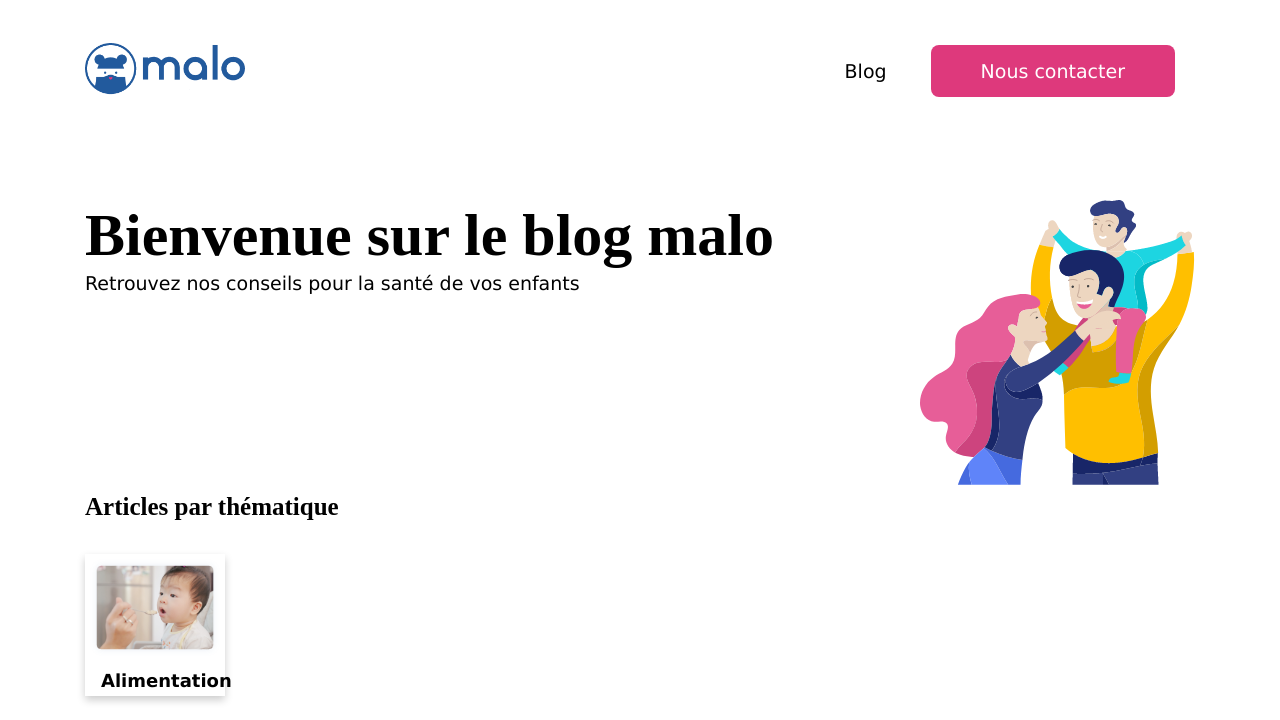
Repository: carbone-dev/keli-malo
Page: blog.html
These files come from the project's save history. The page is drawn as it stood at one moment and after the next save; the edit follows.
The browser window is 1280 px wide. The pictures show the whole page.

Above is the page before, as saved 2020-12-09 14:06:54.

### blog.html
<!DOCTYPE html>
<html lang="en">

<head>
    <meta charset="UTF-8">
    <meta name="viewport" content="width=device-width, initial-scale=1.0">
    <title>Document</title>
    <link rel="stylesheet" type="text/css" href="css/style.css">
    <link rel="stylesheet" type="text/css" href="css/header.css">
    <link rel="stylesheet" type="text/css" href="css/grid.css">
    <link rel="stylesheet" type="text/css" href="css/blog.css">
</head>

<body>
    <div class="container">

        <div class="header row align-items-center">
            <div class="col-6 col-md-2 ">
                <img class='img-full-width ' src="img/logo.png">
            </div>
            <div class="menu col-6 col-md-10 right d-none d-md-block ">
                <a href="#">Blog</a>
                <a href="#" class="boutton-1">Nous contacter</a>
            </div>
            <div class="menu col-6 col-md-10 right d-md-none d-sm-block">
                <a href="#nav-mobile">
                    <img src="img/burger.png" alt="">
                </a>
            </div>

            <div id="nav-mobile" class="modaloverlay">
                <div class="modal">
                    <div class="row">
                        <div class="col-6">
                            <img class='img-full-width ' src="img/logo.png">
                        </div>
                        <div class="menu col-6 right">
                            <a href="#close" class="close">
                                <img src="img/close.png" alt="">
                            </a>
                        </div>
                    </div>
                    <div class="row align-items-center center modal-content">
                        <div class="col-12">
                            <a href="#">Blog</a>
                        </div>
                        <div class="col-12">
                            <a href="#" class="boutton-1">Nous contacter</a>
                        </div>
                        <div class="col-12">
                            <a href="#"><img src="img/instagram.png"></a>
                            <a href="#"><img src="img/linkedin.png"></a>
                            <a href="#"><img src="img/facebook.png"></a>
                        </div>
                    </div>
                </div>
            </div>
        </div>

        <div class="top-section row">
            <div class="col-12 col-md-8 t-responsive">
                <h1>
                    Bienvenue sur le blog malo
                </h1>
                <p>Retrouvez nos conseils pour la santé de vos enfants</p>
            </div>
            <div class="col-12 col-md-4 right t-responsive">
                <img src="img/blog-header-image.png" alt="blog-header-image">
            </div>
        </div>

        <div class="section ">
            <h3>Articles par thématique</h3>
            <div class="row">
                <div class="col-md-4">
                    <div class="card">
                        <img src="img/blog-theme-1.png" alt="Avatar" style="width:100%">
                        <div class="card-content">
                            <p class="card-title">Alimentation</p>
                        </div>
                    </div>
                </div>
            </div>
        </div>



    </div>

</body>

</html>

### css/style.css
body {
  margin: 0;
}

.img-full-width {
  width: 100%;
}

.top-section{
  margin-top: 100px;
}

#container {
  margin: 2% 7%;
}

.t-responsive{
  text-align: left;
}

@media only screen and (min-width: 1367px) and (max-width: 1600px) {
  #container {
    margin: 2% 8%;
  }
}
@media only screen and (min-width: 1601px) and (max-width: 1920px) {
  #container {
    margin: 2% 20%;
  }
}
@media only screen and (min-width: 1921px) and (max-width: 9000px) {
  #container {
    margin: 2% 30%;
  }
}

/*-------UNI------*/

.box-shadow {
  padding: 20px 20px 15px 20px;
  background-color: white;
  box-shadow: 0px 0px 30px rgb(26, 90, 157, 0.1);
  margin: 20px 0;
  border-radius: 15px;
}
h1,
h2,
h3,
h5,
h6 {
  font-family: montserrat;
  font-weight: bold;
  margin: 0;
}
h1 {
  font-size: 60px;
  line-height: 70px;
}
h2 {
  font-size: 50px;
  line-height: 50px;
}
h3 {
  font-size: 25px;
  line-height: 35px;
  margin-bottom: 30px;
}
h5 {
  color: #1a5a9d;
  line-height: 20px;
  font-size: 20px;
}
h6 {
  line-height: 20px;
  font-size: 16px;
}

a,
p {
  margin: 0;
  text-decoration: none;
  font-family: verdana;
  font-size: 19px;
  color: black;
  font-weight: normal;
  line-height: 27px;
}
span {
  font-size: 13px;
}
li {
  font-family: verdana;
  font-size: 14px;
  color: black;
  line-height: 23px;
}
ul {
  padding-left: 15px;
}

.boutton-1 {
  color: white;
  background-color: #de397c;
  padding: 15px 50px;
  border-radius: 8px;
}
.boutton-contact {
  color: white;
  background-color: #de397c;
  padding: 15px 100px;
  border-color: #de397c;
  border-radius: 8px;
  outline: none;
  margin: 10px;
  font-size: 20px;
  border-style: none;
}

.img-boutton {
  margin-top: 5%;
}
.img-boutton a {
  margin-right: 20px;
}
.quote {
  width: 20px;
  height: 20px;
}
.formulaire {
  border: 2px solid;
  border-radius: 8px;
  outline: none;
  margin: 10px;
  font-size: 20px;
  padding: 15px;
}

/*-------header------*/
.menu a {
  margin: 0 20px;
}
/*-------le heros------*/
.le-heros {
  margin-top: 5%;
  background-image: url(../img/bg-le-heros.png);
  background-size: 100%;
  background-repeat: no-repeat;
  padding-bottom: 7%;
}
.img-le-heros {
  display: none;
}

/*-------malo-c-est-quoi------*/

.malo-c-est-quoi {
  margin-top: 10%;
}
.contenu-malo-c-est-quoi {
  margin: 10% 3%;
}
/*-------malo-VIDEO------*/

.expert
{
	margin-top: 15%;
}
.expert h1
{
	margin-bottom: 5%
}
#play-vid-2
	{
		position: absolute;
		right:70%;
		z-index: 0;
	}
.expert-video
{
	background-image: url(../img/bg-video-2.png);
	background-size: contain;
	background-repeat: no-repeat;
	text-align: left;
	padding: 20px 0;
}
.expert-video video
{
	width: 530px;
    border-radius:20px;
    outline-style: none;
    margin-left: 30px;
}



/*------CAROUSEL------*/
.les-parents
{
	margin-top: 10%;
}
.carousel
{
	background-image: url(../img/bg-carousel.png);
	background-size:100% 100%;
	background-repeat: no-repeat;
	padding:10px;
}
.slide
{
	padding-bottom: 50px;
	margin:2%;

}
.img-profil
{
	margin-right: 20px;
	margin-bottom: 30px;

}
.fade {
  -webkit-animation-name: fade;
  -webkit-animation-duration: 1.5s;
  animation-name: fade;
  animation-duration: 1.5s;
}

@-webkit-keyframes fade {
  from {
    opacity: 0.4;
  }
  to {
    opacity: 1;
  }
}

@keyframes fade {
  from {
    opacity: 0.4;
  }
  to {
    opacity: 1;
  }
}
/* Next & previous buttons */

.fleche
{
	text-align: right;
	position: relative;
	top: -50px;
}
.prev {
  color: gray;
}
.prev,
.next {
  cursor: pointer;
  width: auto;
  padding: 20px;
  font-weight: bold;
  font-size: 40px;
  transition: 0.6s ease;
  border-radius: 0 3px 3px 0;
  user-select: none;
}

/*-------BLOG-MALO------*/
.decouvrir-le-blog {
  justify-content: center;
  margin-top: 10%;
}
.bg-decouvrir {
  background-image: url(../img/bg-decouvrir.png);
  background-size: 100%;
  background-repeat: no-repeat;
  padding-bottom: 5%;
}

.decouvrir-left {
  width: 70%;
}
.decouvrir-left-1 {
  width: 50%;
  margin: 10px;
}
.decouvrir-left-2 {
  width: 50%;
  margin: 10px;
}
.decouvrir-right {
  width: 30%;
  text-align: right;
  margin-top: 50px;
}
.sommeil {
  width: 30%;
}
.alimentation {
  width: 60%;
}

/*-------POPUP------*/
.popup {
  margin-top: 10%;
}
.popup img {
}
.contenu-popup {
  background-color: #1a5a9d;
  border-radius: 20px;
  align-items: center;
  padding: 60px;
}
.titre-popup {
  width: 50%;
  color: white;
  margin: 0;
}

.formulaire-popup {
  width: 50%;
  color: white;
}
.mail-popup {
  border-color: white;
  background-color: rgb(0, 0, 0, 0);
  color: white;
  font-family: montserrat;
  font-weight: bold;
}
.mail-popup::placeholder {
  color: white;
}
.boutton-popup {
  border-color: white;
  background-color: white;
  padding: 15px 30px;
  font-family: montserrat;
  font-weight: bold;
  color: #de397c;
  cursor: pointer;
}

/*-------CONTACT------*/
.contactez-nous {
  margin-top: 10%;
}
.contenu-contact {
  width: 50%;
}
.contenu-contact p {
  line-height: 50px;
  margin: 20px;
}
.contenu-contact h3 {
  margin-bottom: 10px;
}
.contenu-contact a {
  margin-right: 20px;
}
.formulaire-contact {
  width: 50%;
  background-image: url(../img/bg-formulaire-contact.png);
  background-repeat: no-repeat;
  background-size: 100%;
}
.bg-contact {
  padding: 10px;
  background-color: white;
  margin: 30px;

  box-shadow: 0px 0px 30px rgb(26, 90, 157, 0.1);
  border-radius: 15px;
}
.form-2 {
  width: 200px;
  border-color: #d8d8d8;
  color: black;
}
.form-1 {
  width: 460px;
}
.contact-text {
  border-color: #d8d8d8;
  font-family: montserrat;
}
.contact-text::placeholder {
  color: black;
  border-color: #d8d8d8;
  font-family: arial;
}

/*-------il nous soutien------*/

.il-nous-soutiennent {
  margin-top: 10%;
}

.il-nous-soutiennent h1 {
  margin-left: 20%;
}

/*-------footer------*/
.footer {
  margin-top: 10%;
  background-color: #1a5a9d;
}
.logo-popup {
  padding: 40px;
  margin: 0;
}
.logo-boutton {
  width: 50%;
}
.popup-icon {
  width: 45%;
}
.news-letter h3 {
  margin-bottom: 0;
  font-weight: normal;
  color: black;
}
.suivez-footer h3 {
  margin-bottom: 10px;
  font-weight: normal;
  color: white;
}
.suivez-footer a {
  margin-right: 20px;
}
.mail-footer {
  color: #d8d8d8;
  border-color: #d8d8d8;
}
.mail-footer::placeholder {
  color: #d8d8d8;
  border-color: #d8d8d8;
}
.boutton-footer {
  color: white;
  background-color: #de397c;
  border-color: #de397c;
  padding: 15px 40px;
  cursor: pointer;
}

.menu-footer {
  background-color: #0f3c6b;
  margin: 0;
  padding: 20px;
}
.menu-footer li {
  list-style: none;
}
.menu-footer a,
.menu-footer span {
  color: white;
  margin: 30px;
}

/*-------G R I D------*/

/* .row {
  display: flex;
  align-items: center;
  flex-wrap: wrap;
}

.col-sm-10 {
  width: 100%;
}
.col-sm-9 {
  width: 90%;
}
.col-sm-8 {
  width: 80%;
}
.col-sm-7 {
  width: 70%;
}
.col-sm-65 {
  width: 65%;
}
.col-sm-6 {
  width: 60%;
}
.col-sm-55 {
  width: 55%;
}
.col-sm-5 {
  width: 50%;
}
.col-sm-45 {
  width: 45%;
}
.col-sm-4 {
  width: 40%;
}
.col-sm-35 {
  width: 35%;
}
.col-sm-3 {
  width: 30%;
}
.col-sm-2 {
  width: 20%;
}
.col-sm-1 {
  width: 10%;
}

.col-10 {
  width: 100%;
}
.col-9 {
  width: 90%;
}
.col-8 {
  width: 80%;
}
.col-7 {
  width: 70%;
}
.col-65 {
  width: 65%;
}
.col-6 {
  width: 60%;
}
.col-55 {
  width: 55%;
}
.col-5 {
  width: 50%;
}
.col-45 {
  width: 45%;
}
.col-4 {
  width: 40%;
}
.col-35 {
  width: 35%;
}
.col-3 {
  width: 30%;
}
.col-2 {
  width: 20%;
}
.col-1 {
  width: 10%;
} */

.center {
  justify-content: center;
  text-align: center;
  align-items: center;
}
.left {
  text-align: left;
  justify-content: center;
  align-items: center;
}
.right {
  text-align: right;
  justify-content: center;
  align-items: center;
}

/*-------MEDIA ------*/





	@media only screen and (min-width: 107px) and (max-width: 480px)
{
  .top-section{
    margin-top: 35px;
  }

  .t-responsive{
    text-align: center;
  }

	.col-reverse
	{
		display: flex;
		flex-wrap: wrap;
		flex-direction: column-reverse;
		align-items: center;
	}
	.box-shadow
	{
		padding:5px;
		box-shadow: 0px 0px 20px rgb(26, 90, 157,0.1);
		margin: 20px 0;
		border-radius: 5px;

	}
	#container
	{
		margin: 2% 10%;
		text-align: center;
	}
	.img-boutton img
	{
		width: 40% !important;
	}

	h1, h2, h3
	{
		font-size: 28px !important;
		line-height: 35px !important;
		margin-bottom: 1%;
	}
	h5
	{
		line-height: 19px;
		font-size: 16px;
	}
	h6
	{
		line-height: 20px;
		font-size: 16px;
	}
	a, p, span
	{
		font-size:15px !important;
		line-height: 23px !important;
		margin-bottom: 1%;
	}

	li
	{
		font-family: verdana;
		font-size:14px;
		color:black;
		line-height: 23px;
	}
	ul
	{
		padding-left:15px;
	}

/*-------LE HEROS------*/


	.le-heros-right
	{
		display: none;
	}
	.img-le-heros
	{
		display:initial !important;
	}
	.le-heros
	{
		background-image: inherit;
	}
	.le-heros img
	{
		width: 60%;
		margin-top: 5%;
	}

	/*-------malo-VIDEO------*/

	.malo-video
	{
		background-image:none;
		padding: 0;
	}
	.titre-video-1
	{
		background-image: url(../img/bg-malo-phone.png);
		background-size:100%;
		background-repeat: no-repeat;
		padding-bottom: 15%;
	}
	.titre-video-1 h3
	{
		text-align: left;
	}
	#play-vid
	{
		position: relative;
		right:-150px;
		top:-140px;
		z-index: 0;
	}
	.video-1
	{
		background-image: url(../img/bg-video-1.png);
		background-size:contain, cover;
		background-repeat: no-repeat;
		padding: 20px 0;
		text-align: center;
		margin: 0;
	}

	.video-1 video
	{
		width: 300px;
		border-radius: 10px;
	}


	/*-------malo-VIDEO------*/


#play-vid-2
	{
		position: relative;
		margin:0;
		right:-150px;
		top: -140px;
		z-index: 0;
	}
	.expert-video
	{
		background-image: url(../img/bg-video-2.png);
		text-align: center;
		padding: 10px 0;
	}
	.expert-video video
	{
		width: 300px;
	    border-radius:20px;
	    outline-style: none;
	    margin:0;
	}

			/*-------carousel------*/
	.carousel
	{
		background-image: url(../img/bg-carousel.png);
	}

	.fleche
	{
		text-align: right;
		position: relative;
		top: -50px;
	}

}

### css/header.css
.header{
    margin-top: 43px;
}

/* MODAL MOBILE */

.modaloverlay {
    background: rgba(0, 0, 0, 0.8);
    bottom: 0;
    left: 0;
    opacity: 0;
    pointer-events: none;
    position: fixed;
    right: 0;
    top: 0;
    -webkit-transition: opacity 400ms ease-in;
    -moz-transition: opacity 400ms ease-in;
    transition: opacity 400ms ease-in;
    z-index: -1;
    display: none;
  }
  .modaloverlay:target {
    display: block;
    opacity: 1;
    pointer-events: auto;
    z-index: 99999;
  }
  .modaloverlay .modal {
    background-color: white;
    height: 100%;
    position: relative;
    margin: 0 auto;
    padding-top: 43px;
    padding-left: 15px;
    overflow-y: scroll;
    -webkit-overflow-scrolling: touch;
  }
  @media (min-width: 60em) {
    .modaloverlay .modal {
      height: 75%;
      margin: 5% auto;
      max-height: 57em;
      max-width: 66em;
      width: 85%;
    }
  }
  .modaloverlay .modal > iframe,
  .modaloverlay .modal > div {
    border: none;
    width: 100%;
    /* height: 100%; */
  }
  .modaloverlay .close {
    position: relative;
    top: 10px;
  }

  .modal-content{
    height: 60%;
    padding-top: 160px;
  }

### css/blog.css
.card {
  box-shadow: 0 4px 8px 0 rgba(0, 0, 0, 0.2);
  transition: 0.3s;
  width: 40%;
}

.card:hover {
  box-shadow: 0 8px 16px 0 rgba(0, 0, 0, 0.2);
}

.card-content {
  padding: 2px 16px;
}

.card-title {
  font-family: verdana;
  font-size: 18px;
  font-weight: 900;
  text-align: center;
}

Loaded but not shown: css/grid.css (1420 lines, source omitted)

After the next save:
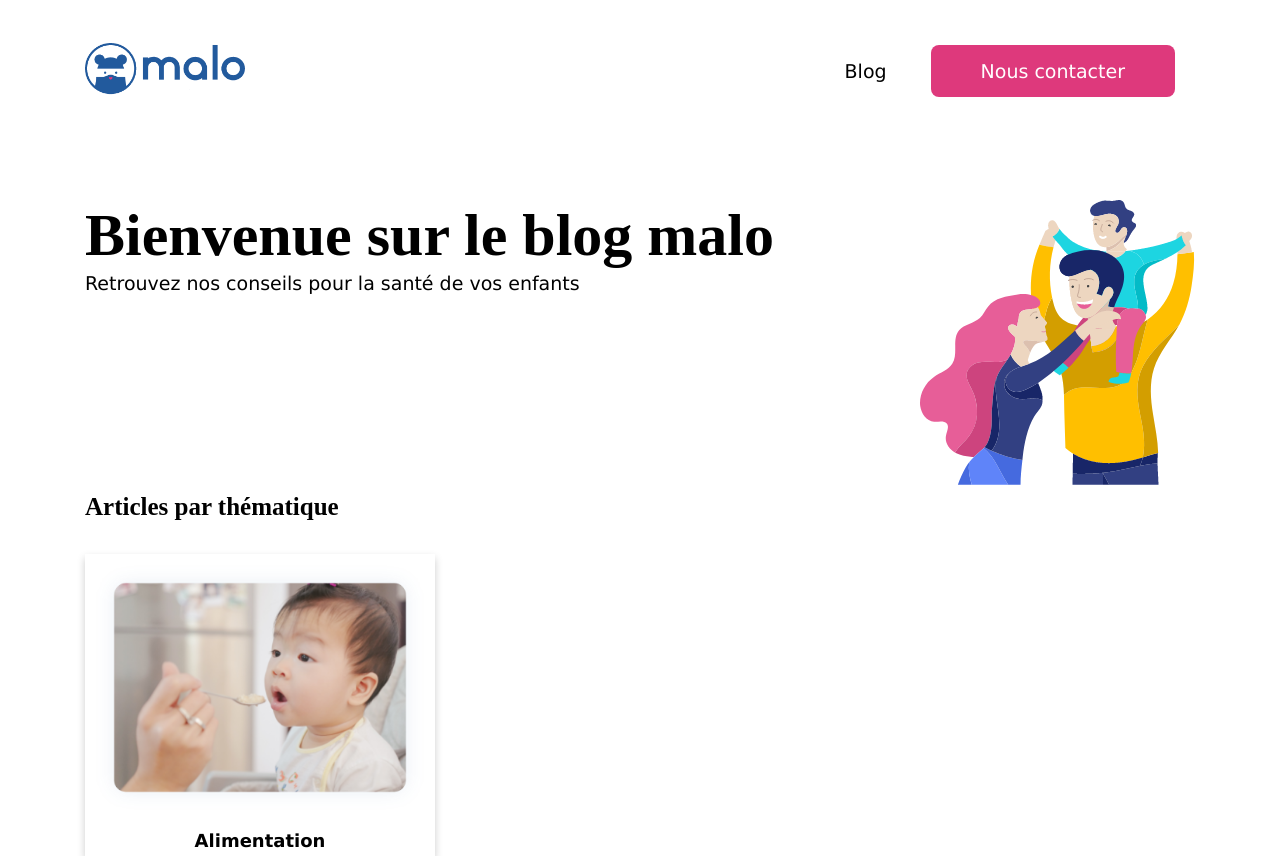
Saved 13 s later.
--- a/css/blog.css
+++ b/css/blog.css
@@ -1,7 +1,7 @@
 .card {
   box-shadow: 0 4px 8px 0 rgba(0, 0, 0, 0.2);
   transition: 0.3s;
-  width: 40%;
+  width: 100%;
 }
 
 .card:hover {
